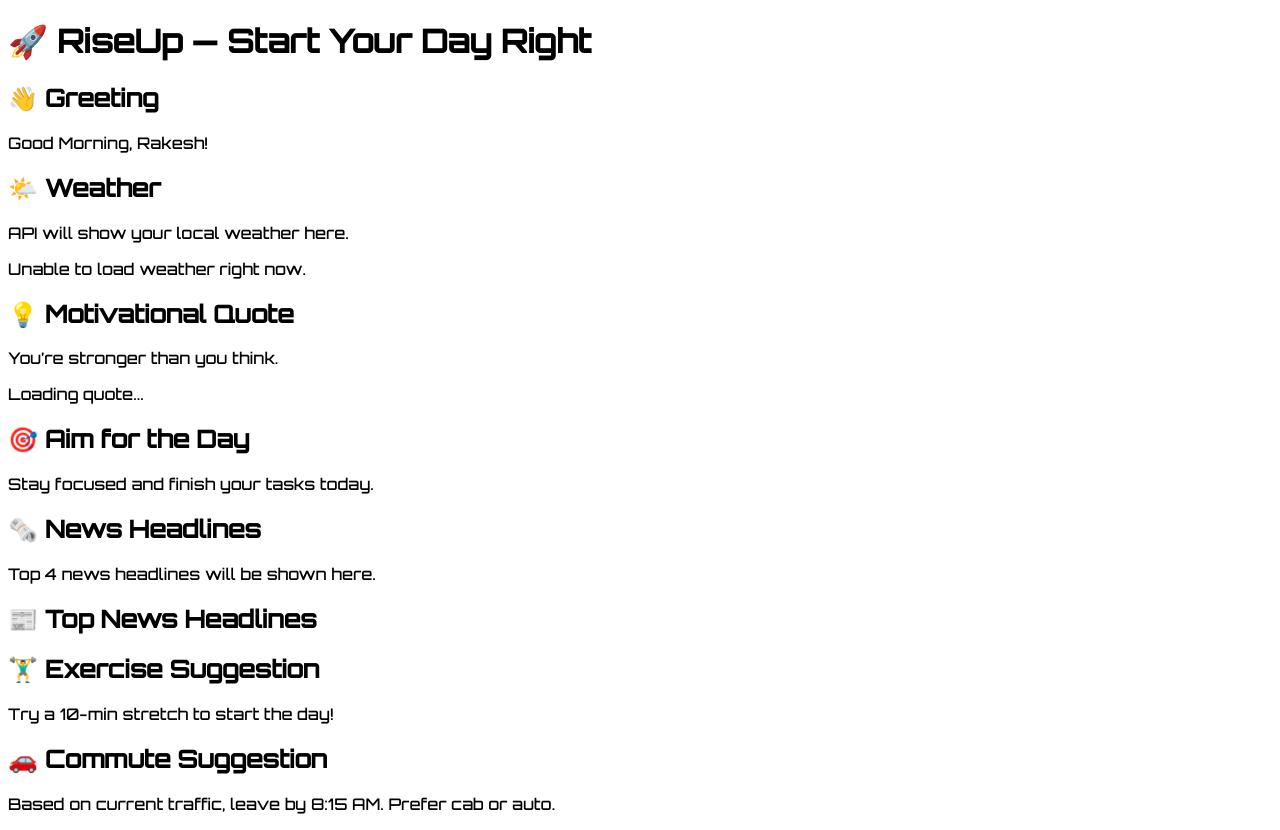
Repository: rakeshkumar1012/riseup
Page: /
The author's editor kept a copy of each file at every save. The page is drawn from the files as they stood at one save, then again after the next save.
The browser window is 1280 px wide. The pictures show the whole page.
The page's requests for data from a server got no answer. The project was rebuilt for these pictures with package versions that can differ from the ones it lists, and the page was loaded fresh each time. No one was signed in, and anything a server would have sent is missing.

Above is the page before, as saved 2025-07-05 03:43:06.

### public/index.html
<!DOCTYPE html>
<html lang="en">
  <head>
    <meta charset="utf-8" />
    <link rel="icon" href="%PUBLIC_URL%/favicon.ico" />
    <meta name="viewport" content="width=device-width, initial-scale=1" />
    <meta name="theme-color" content="#000000" />
    <meta
      name="description"
      content="Web site created using create-react-app"
    />
    <link rel="apple-touch-icon" href="%PUBLIC_URL%/logo192.png" />
    <!--
      manifest.json provides metadata used when your web app is installed on a
      user's mobile device or desktop. See https://developers.google.com/web/fundamentals/web-app-manifest/
    -->
    <link rel="manifest" href="%PUBLIC_URL%/manifest.json" />
    <!--
      Notice the use of %PUBLIC_URL% in the tags above.
      It will be replaced with the URL of the `public` folder during the build.
      Only files inside the `public` folder can be referenced from the HTML.

      Unlike "/favicon.ico" or "favicon.ico", "%PUBLIC_URL%/favicon.ico" will
      work correctly both with client-side routing and a non-root public URL.
      Learn how to configure a non-root public URL by running `npm run build`.
    -->
      <link href="https://fonts.googleapis.com/css2?family=Orbitron:wght@500&display=swap" rel="stylesheet">

    <title>React App</title>
  </head>
  <body>
    <noscript>You need to enable JavaScript to run this app.</noscript>
    <div id="root"></div>
    <!--
      This HTML file is a template.
      If you open it directly in the browser, you will see an empty page.

      You can add webfonts, meta tags, or analytics to this file.
      The build step will place the bundled scripts into the <body> tag.

      To begin the development, run `npm start` or `yarn start`.
      To create a production bundle, use `npm run build` or `yarn build`.
    -->
  </body>
</html>

### src/index.css
/* src/index.css */
@tailwind base;
@tailwind components;
@tailwind utilities;

body {
  @apply bg-gradient-to-br from-[#0f0c29] via-[#302b63] to-[#24243e] text-white min-h-screen;
  font-family: 'Orbitron', sans-serif;
}


/*body {
  margin: 0;
  font-family: -apple-system, BlinkMacSystemFont, 'Segoe UI', 'Roboto', 'Oxygen',
    'Ubuntu', 'Cantarell', 'Fira Sans', 'Droid Sans', 'Helvetica Neue',
    sans-serif;
  -webkit-font-smoothing: antialiased;
  -moz-osx-font-smoothing: grayscale;
}*/

code {
  font-family: source-code-pro, Menlo, Monaco, Consolas, 'Courier New',
    monospace;
}

### src/App.js
import Weather from "./components/Weather";
import Quote from "./components/Quote";
import Task from "./components/Task";
import News from "./components/News";

function App() {
  return (
    <div className="min-h-screen flex flex-col justify-center items-center bg-gradient-to-br from-blue-950 via-gray-900 to-black text-white px-4 py-10">
      <h1 className="text-4xl font-bold mb-10 text-center text-cyan-300 animate-pulse">
        🚀 RiseUp — Start Your Day Right
      </h1>

      <div className="w-full max-w-4xl space-y-6">
        {/* Greeting */}
        <Section title="👋 Greeting" gradient="from-purple-500 to-pink-500">
          <p className="text-white/90">Good Morning, Rakesh!</p>
        </Section>



        {/* Weather */}
        <Section title="🌤️ Weather" gradient="from-blue-400 to-cyan-500">

          <p className="text-white/90">API will show your local weather here.</p>
          <Weather />
        </Section>

        {/* Quote */}
        <Section title="💡 Motivational Quote" gradient="from-yellow-400 to-orange-500">
          <p className="text-white/90">You’re stronger than you think.</p>
          <Quote />
        </Section>

        {/* Daily Task */}
        <Section title="🎯 Aim for the Day" gradient="from-green-400 to-lime-500">
          <p className="text-white/90">Stay focused and finish your tasks today.</p>
          <Task />
        </Section>

        {/* News */}
        <Section title="🗞️ News Headlines" gradient="from-red-500 to-pink-600">
          <p className="text-white/90">Top 4 news headlines will be shown here.</p>
          <News/>
        </Section>

        {/* Exercise */}
        <Section title="🏋️‍♂️ Exercise Suggestion" gradient="from-indigo-500 to-purple-700">
          <p className="text-white/90">Try a 10-min stretch to start the day!</p>

        </Section>

        {/* Commute */}
        <Section title="🚗 Commute Suggestion" gradient="from-sky-500 to-blue-600">
          <p className="text-white/90">
            Based on current traffic, leave by 8:15 AM. Prefer cab or auto.
          </p>
        </Section>
      </div>
    </div>
  );
}

// Reusable Box Component
function Section({ title, gradient, children }) {
  return (
    <div
      className={`rounded-xl shadow-lg p-6 bg-gradient-to-r ${gradient} transition duration-300 hover:scale-[1.02]`}
    >
      <h2 className="text-2xl font-semibold mb-2">{title}</h2>
      <div className="text-lg">{children}</div>
    </div>
  );
}

export default App;

### src/components/Weather.js
import { useState, useEffect } from "react";

function Weather() {
  const [weather, setWeather] = useState(null);
  const [loading, setLoading] = useState(true);

  const API_KEY = "5095941ff89867f82f0a96500b2787cc"; // 🔁 replace with your real API key
  const CITY = "Hyderabad"; // or use navigator.geolocation for dynamic city

  useEffect(() => {
    async function fetchWeather() {
      try {
        const response = await fetch(
          `https://api.openweathermap.org/data/2.5/weather?q=${CITY}&appid=${API_KEY}&units=metric`
        );
        const data = await response.json();
        setWeather(data);
        setLoading(false);
      } catch (error) {
        console.error("Weather fetch error:", error);
        setLoading(false);
      }
    }

    fetchWeather();
  }, []);

  if (loading) return <p>Loading weather data...</p>;
  if (!weather || weather.cod !== 200)
    return <p>Unable to load weather right now.</p>;

  return (
    <div className="rounded-xl p-6 bg-gradient-to-r from-blue-400 to-cyan-500 shadow-lg transition hover:scale-[1.02] text-white">
      <h2 className="text-2xl font-semibold mb-2">🌤️ Weather</h2>
      <p className="text-lg">
        {weather.name}: {weather.weather[0].description}
      </p>
      <p className="text-lg">
        Temperature: {weather.main.temp}°C | Feels Like:{" "}
        {weather.main.feels_like}°C
      </p>
    </div>
  );
}

export default Weather;

### src/components/Quote.js
import { useEffect, useState } from "react";

function Quote() {
  const [quote, setQuote] = useState(null);

  useEffect(() => {
    async function fetchQuote() {
      try {
        const response = await fetch("https://zenquotes.io/api/random");
        const data = await response.json();
        setQuote(data[0]);
      } catch (error) {
        console.error("Quote fetch error:", error);
      }
    }

    fetchQuote();
  }, []);

  if (!quote) return <p>Loading quote...</p>;

  return (
    <div className="rounded-xl p-6 bg-gradient-to-r from-indigo-400 to-purple-500 shadow-lg transition hover:scale-[1.02] text-white">
      <h2 className="text-2xl font-semibold mb-2">💡 Motivational Quote</h2>
      <p className="italic text-lg">"{quote.q}"</p>
      <p className="text-sm mt-2 text-right">- {quote.a}</p>
    </div>
  );
}

export default Quote;

### src/components/Task.js
import { useEffect, useState } from "react";

function Task() {
  const [task, setTask] = useState(null);

  useEffect(() => {
    async function fetchTask() {
      try {
        const response = await fetch("https://www.boredapi.com/api/activity");
        const data = await response.json();
        setTask(data);
      } catch (error) {
        console.error("Task fetch error:", error);
      }
    }

    fetchTask();
  }, []);

  if (!task)
    return (
      <div className="rounded-xl p-6 bg-gradient-to-r from-green-400 to-lime-500 shadow-lg animate-pulse h-24 text-white">
        <div className="w-3/4 h-5 bg-white/30 mb-3 rounded"></div>
        <div className="w-1/2 h-4 bg-white/20 rounded"></div>
      </div>
    );

  return (
    <div className="rounded-xl p-6 bg-gradient-to-r from-green-400 to-lime-500 shadow-lg transition hover:scale-[1.02] text-white">
      <h2 className="text-2xl font-semibold mb-2">🧠 AIM for Today</h2>
      <p className="text-lg italic">{task.activity}</p>
      <p className="text-sm mt-2">Type: {task.type}</p>
    </div>
  );
}

export default Task;

### src/components/News.js
import { useEffect, useState } from "react";

function News() {
  const [articles, setArticles] = useState([]);
  const [loading, setLoading] = useState(true);

  const API_KEY = "99a3cecda0cd43adf2d5487bd37cee1b"; // replace this
  const API_URL = `https://gnews.io/api/v4/top-headlines?lang=en&country=in&max=4&apikey=${API_KEY}`;

  useEffect(() => {
    async function fetchNews() {
      try {
        const response = await fetch(API_URL);
        const data = await response.json();
        setArticles(data.articles || []);
      } catch (err) {
        console.error("Failed to fetch news:", err);
      } finally {
        setLoading(false);
      }
    }

    fetchNews();
  }, []);

  if (loading) {
    return (
      <div className="bg-gradient-to-r from-amber-400 to-yellow-500 rounded-xl p-6 shadow-lg animate-pulse h-44 text-white">
        <div className="w-1/2 h-6 bg-white/30 mb-3 rounded"></div>
        <div className="w-3/4 h-4 bg-white/20 mb-1 rounded"></div>
        <div className="w-2/3 h-4 bg-white/20 rounded"></div>
      </div>
    );
  }

  return (
    <div className="rounded-xl p-6 bg-gradient-to-r from-amber-400 to-yellow-500 text-white shadow-lg transition hover:scale-[1.02]">
      <h2 className="text-2xl font-semibold mb-4">📰 Top News Headlines</h2>
      <ul className="space-y-3">
        {articles.map((article, idx) => (
          <li key={idx}>
            <a
              href={article.url}
              target="_blank"
              rel="noopener noreferrer"
              className="block text-lg hover:underline"
            >
              {idx + 1}. {article.title}
            </a>
          </li>
        ))}
      </ul>
    </div>
  );
}

export default News;

Loaded but not shown: src/index.js (common file); src/reportWebVitals.js (common file)

After the next save:
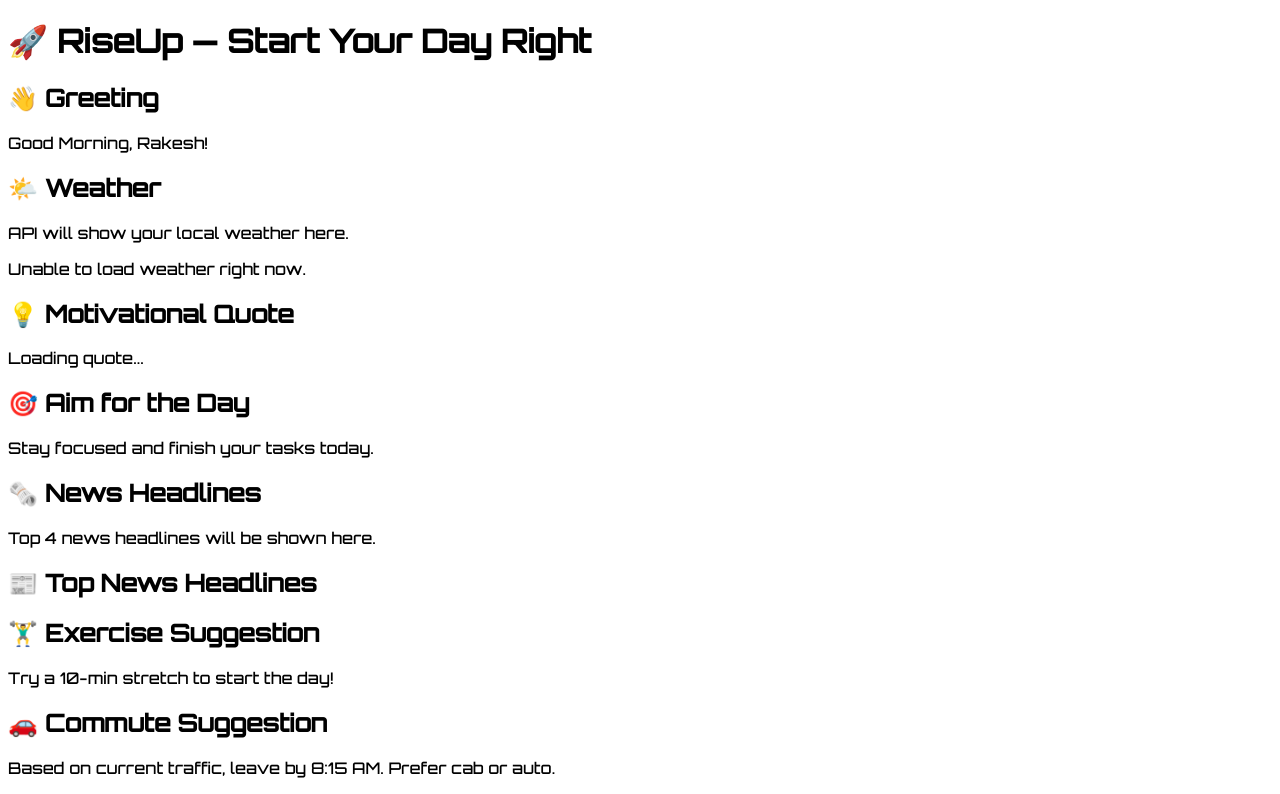
Saved 23 s later.
--- a/src/App.js
+++ b/src/App.js
@@ -27,7 +27,6 @@ function App() {
 
         {/* Quote */}
         <Section title="💡 Motivational Quote" gradient="from-yellow-400 to-orange-500">
-          <p className="text-white/90">You’re stronger than you think.</p>
           <Quote />
         </Section>
 
